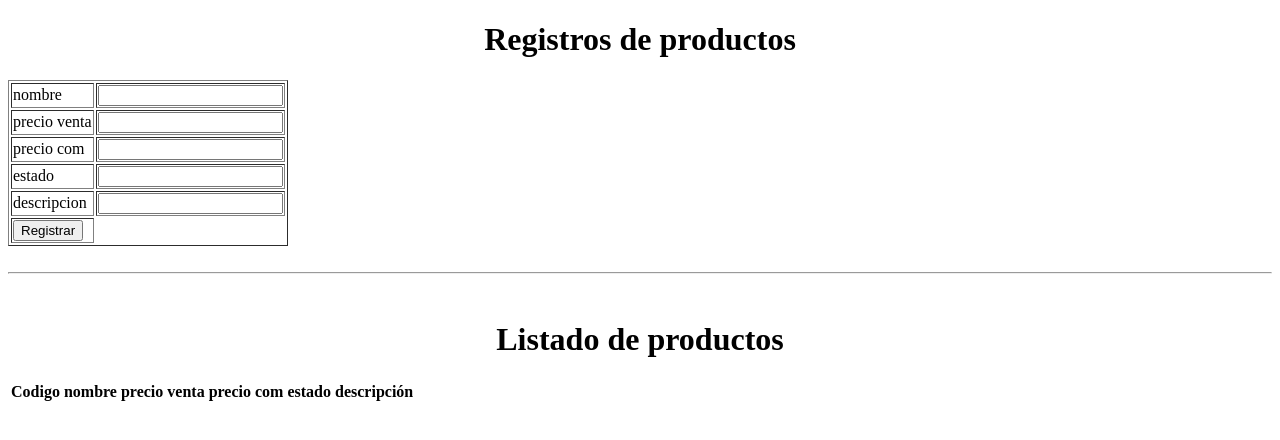
Repository: davidgit20/Examen_JPA
Page: http://localhost/examen_CL2/RegistroProducto.jsp
These files come from the project's save history. The page is drawn as it stood at one moment and after the next save; the edit follows.
The browser window is 1280 px wide. The pictures show the whole page.
The page is served by Tomcat 9. The template is opened directly, without the code that normally fills it, so the values that code supplies are empty.

Above is the page before, as saved 2023-10-25 01:06:09.

After the next save:
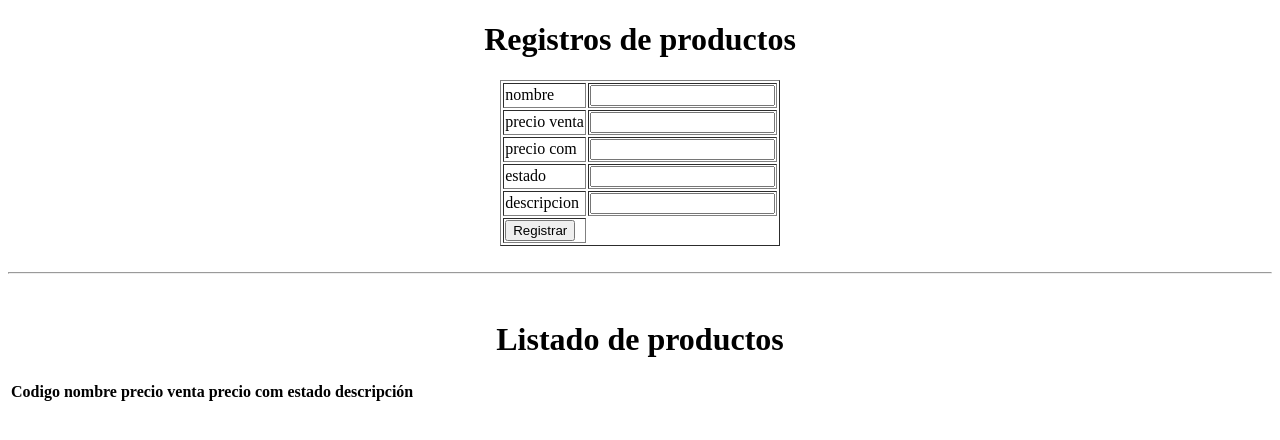
Saved 14 s later.
--- a/examen_CL2/src/main/webapp/RegistroProducto.jsp
+++ b/examen_CL2/src/main/webapp/RegistroProducto.jsp
@@ -11,7 +11,7 @@
 <body>
 <h1 align="center">Registros de productos</h1>
 	<form action="ControladorProducto" method="post">
-		<table border="1">
+		<table border="1" align="center">
 			<tr>
 				<td>nombre</td>
 				<td><input type="text" name="nombres"></td>
